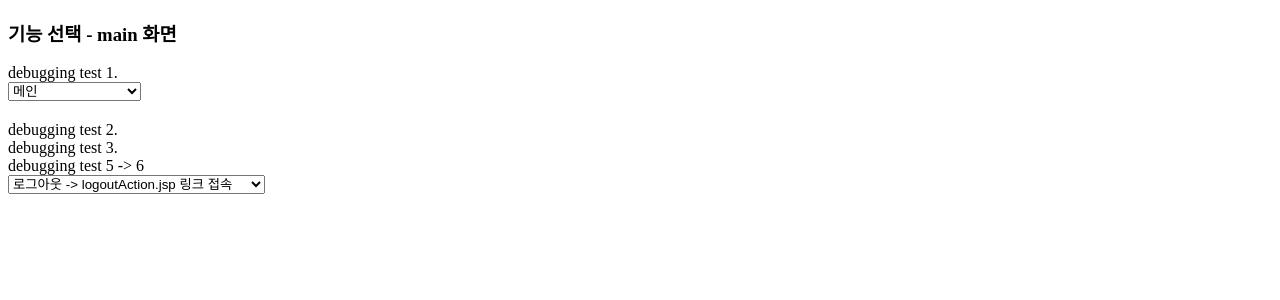
Repository: minjikimkim2222/BBS
Page: http://localhost/BBS/main.jsp
The author's editor kept a copy of each file at every save. The page is drawn from the files as they stood at one save, then again after the next save.
The browser window is 1280 px wide. The pictures show the whole page.
The page is served by Tomcat 9. Other server files are loaded and not shown.

Above is the page before, as saved 2023-12-27 07:43:53.

### BBS/src/main/webapp/main.jsp
<%@ page language="java" contentType="text/html; charset=UTF-8" pageEncoding="UTF-8"%>
<!DOCTYPE html>
<html>
<head>
    <meta HTTP-EQUIV="content-type" CONTENT="text/html; CHARSET=UTF-8" charset="UTF-8">
    <link rel="stylesheet" href="css/bootstrap.css">
    <title>main 화면</title>
</head>
<body>

	<%
	// 메인페이지로 이동했을 때, 세션에 값이 담겨있는지 체크
	String userID = null;

	if (session.getAttribute("userID") != null){
		userID = (String)session.getAttribute("userID");
	}
	%>

    <h3> 기능 선택 - main 화면</h3>

    <span>debugging test 1.</span>

    <form action="" name="loginSelect">
        <select name="loginList" onchange="location = document.loginSelect.loginList.value" style="margin-bottom: 20px;">
        	<option value="main.jsp">메인</option>
            <option value="bbs.jsp">게시판</option>
            <option value="MySQL_ConnectionTest.jsp">sql connection test</option>

      		<%

      			if (userID == null) {

      		%>
                    <optgroup label="접속하기">
                        <option value="login.jsp">로그인</option>
                        <option value="join.jsp">회원가입</option>
                    </optgroup>
                </select>
            </form>

            <div>debugging test 2.</div>
            <div>debugging test 3.</div>

    		<%
    			} else {
    		%>

            <span>debugging test 4.</span>
            <select>
                <optgroup label="회원관리">
                    <option value="logoutAction.jsp">로그아웃 -> logoutAction.jsp 링크 접속 </option>
                </optgroup>
            </select>

    		<%
    			}
    		%>

    		<div> debugging test 5 -> 6</div>
    		     <select>
                <optgroup label="회원관리">
                    <option value="logoutAction.jsp">로그아웃 -> logoutAction.jsp 링크 접속 </option>
                </optgroup>
            </select>
</body>
</html>

### BBS/src/main/webapp/css/bootstrap.css
@charset "UTF-8";

.form-group {
  margin-bottom: 20px;
}

.form-control {
  display: block;
  width: 100%;
  height: 40px;
  padding: 10px 15px;
  font-size: 14px;
  line-height: 1.42857143;
  color: #555;
  background-color: #fff;
  background-image: none;
  border: 1px solid #ccc;
  border-radius: 4px;
  -webkit-box-shadow: inset 0 1px 1px rgba(0, 0, 0, .075);
          box-shadow: inset 0 1px 1px rgba(0, 0, 0, .075);
  -webkit-transition: border-color ease-in-out .15s, -webkit-box-shadow ease-in-out .15s;
       -o-transition: border-color ease-in-out .15s, box-shadow ease-in-out .15s;
          transition: border-color ease-in-out .15s, box-shadow ease-in-out .15s;
  box-sizing: border-box; /* 추가된 부분 */
}

.container {
  padding-right: 15px;
  padding-left: 15px;
  margin-right: auto;
  margin-left: auto;
}

.jumbotron {
  padding-top: 30px;
  padding-bottom: 30px;
  margin-bottom: 30px;
  color: inherit;
  background-color: #eee;
  box-sizing: border-box; /* 추가된 부분 */
}

.col-lg-4 {
  width: 33.33333333%;
}


.col-lg-5 {
    width: 41.66666667%;
}

After the next save:
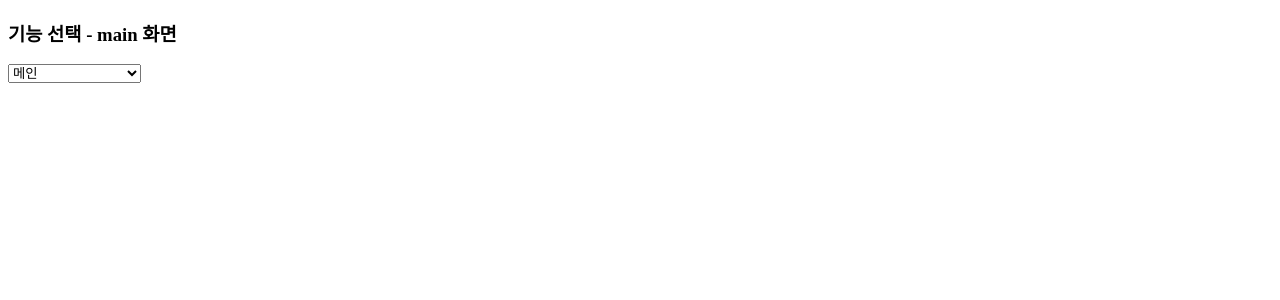
Saved 37 s later.
--- a/BBS/src/main/webapp/main.jsp
+++ b/BBS/src/main/webapp/main.jsp
@@ -19,7 +19,7 @@
 
     <h3> 기능 선택 - main 화면</h3>
 
-    <span>debugging test 1.</span>
+<!--     <span>debugging test 1.</span> -->
 
     <form action="" name="loginSelect">
         <select name="loginList" onchange="location = document.loginSelect.loginList.value" style="margin-bottom: 20px;">
@@ -39,14 +39,14 @@
                 </select>
             </form>
 
-            <div>debugging test 2.</div>
-            <div>debugging test 3.</div>
+<!--             <div>debugging test 2.</div>
+            <div>debugging test 3.</div> -->
 
     		<%
     			} else {
     		%>
 
-            <span>debugging test 4.</span>
+         <!--    <span>debugging test 4.</span> -->
             <select>
                 <optgroup label="회원관리">
                     <option value="logoutAction.jsp">로그아웃 -> logoutAction.jsp 링크 접속 </option>
@@ -57,11 +57,11 @@
     			}
     		%>
 
-    		<div> debugging test 5 -> 6</div>
-    		     <select>
+    	<!-- 	<div> debugging test 5 -> 6</div> -->
+   <!--  		     <select>
                 <optgroup label="회원관리">
                     <option value="logoutAction.jsp">로그아웃 -> logoutAction.jsp 링크 접속 </option>
                 </optgroup>
-            </select>
+            </select> -->
 </body>
 </html>
